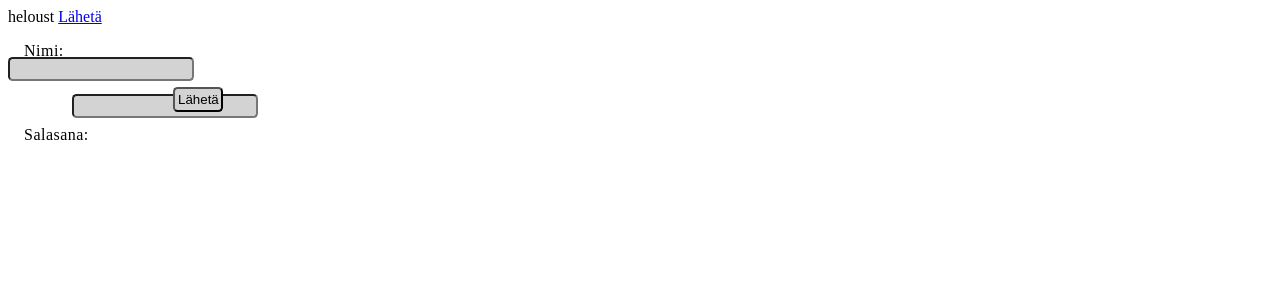
Repository: sirkian/ohj2-t4
Page: http://localhost/Kommunikaatio/
These files come from the project's save history. The page is drawn as it stood at one moment and after the next save; the edit follows.
The browser window is 1280 px wide. The pictures show the whole page.
The page is served by Tomcat 9.

Above is the page before, as saved 2022-03-19 14:13:55.

After the next save:
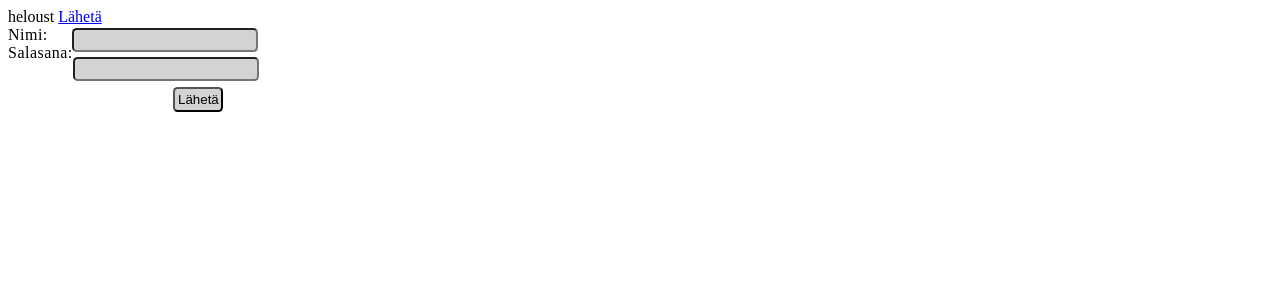
Saved 39 s later.
--- a/Kommunikaatio/src/main/webapp/index.jsp
+++ b/Kommunikaatio/src/main/webapp/index.jsp
@@ -35,8 +35,8 @@ form {
 heloust
 <a href="toka.jsp?nimi=jaska&ika=10">Lähetä</a>
 <form action="kolmas.jsp" method="POST">
-	<p>Nimi:</p> <input class="nimi" type="text" name="nimi"><br>
-	<p>Salasana:</p> <input class="pw" type="password" name="pwd">
+	Nimi: <input class="nimi" type="text" name="nimi"><br>
+	Salasana: <input class="pw" type="password" name="pwd">
 	<input class="btn" type="submit" value="Lähetä">
 </form>
 </body>
